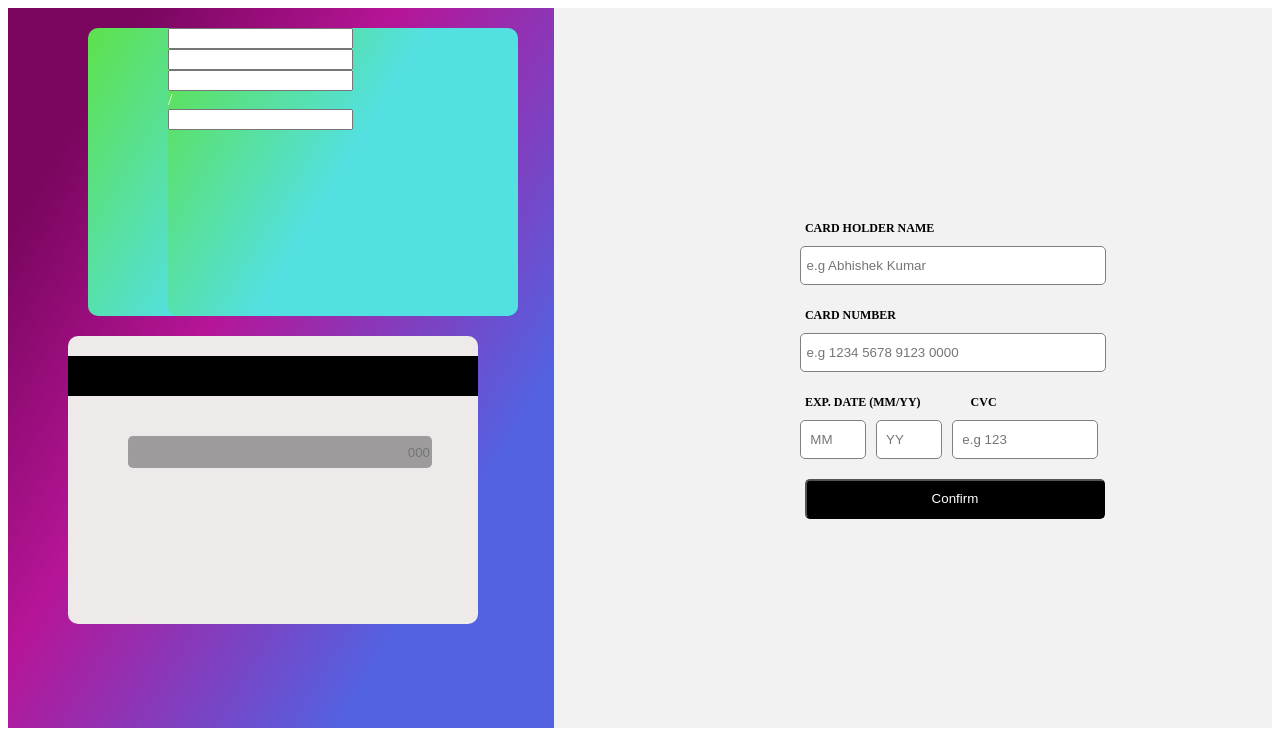
Repository: Abhi2359/frontendchallenge-1
Page: /
The author's editor kept a copy of each file at every save. The page is drawn from the files as they stood at one save, then again after the next save.
The browser window is 1280 px wide. The pictures show the whole page.
The project was rebuilt for these pictures with package versions that can differ from the ones it lists, and the page was loaded fresh each time.

Above is the page before, as saved 2023-02-15 22:11:35.

After the next save:
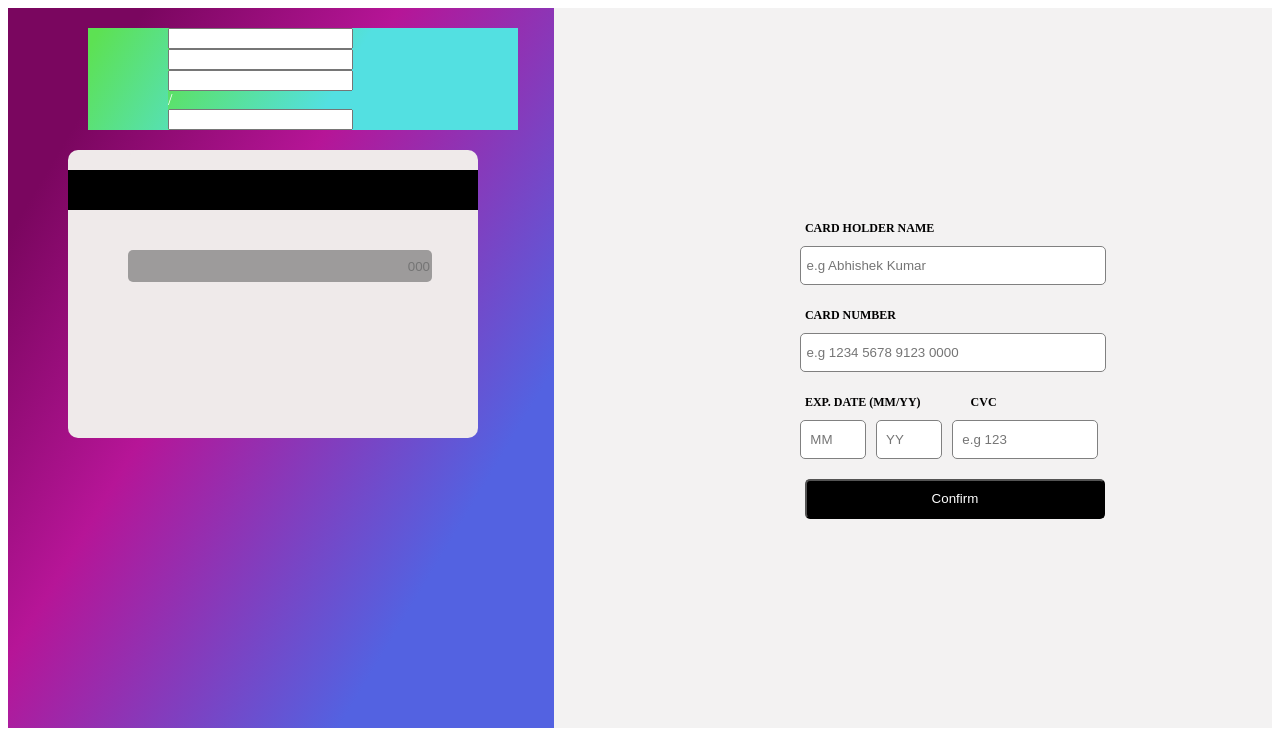
Saved 2 min 58 s later.
--- a/src/components/Cards/Card1.css
+++ b/src/components/Cards/Card1.css
@@ -2,10 +2,5 @@
 
   background: rgb(93,225,83);
 background: linear-gradient(121deg, rgba(93,225,83,1) 3%, rgba(83,224,225,1) 50%);
-  height: 40vh;
-  width: 350px;
-  border-radius: 10px;
-  margin-left: 10px;
 
-  margin-top: 20px;
 }
